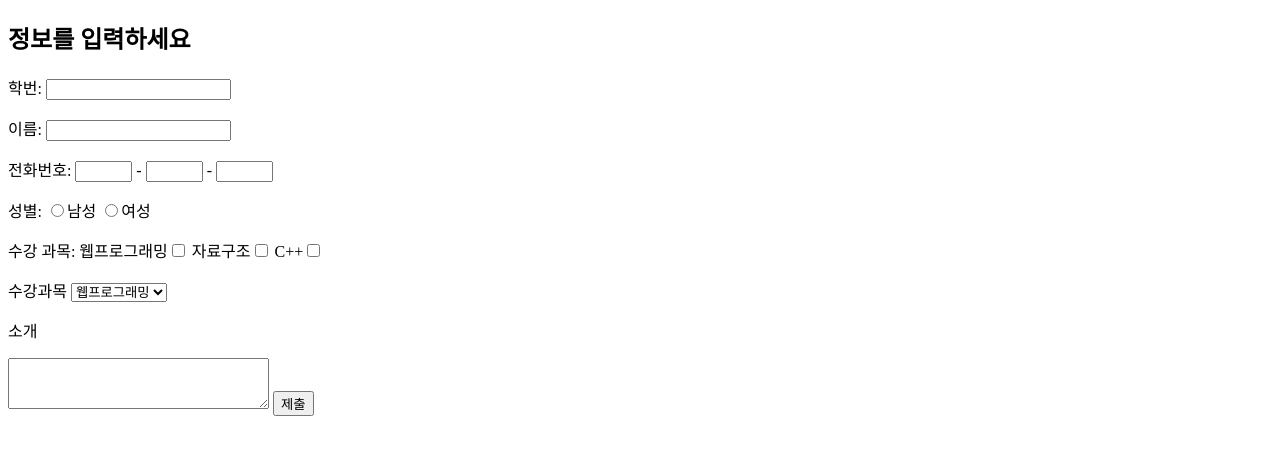
Repository: xxeionw/java_form
Page: http://localhost/formpro/form.jsp
These files come from the project's save history. The page is drawn as it stood at one moment and after the next save; the edit follows.
The browser window is 1280 px wide. The pictures show the whole page.
The page is served by Tomcat 9. Other server files are loaded and not shown.

Above is the page before, as saved 2025-05-26 08:07:38.

### formpro/src/main/webapp/form.jsp
<%@ page language="java" contentType="text/html; charset=EUC-KR"
    pageEncoding="EUC-KR"%>
<!DOCTYPE html>
<html>
<head>
<meta charset="EUC-KR">
<title>입력 폼</title>
</head>
<body>
	<h2> 정보를 입력하세요</h2>
    <form action="result.jsp" method="post">
        <p>학번: <input type="text" name="studentId"></p>
        <p>이름: <input type="text" name="name"></p>
        <p>전화번호: <input type="text" maxlength="4" size="4" name="phone1"> -
        <input type="text" maxlength="4" size="4" name="phone2"> -
        <input type="text" maxlength="4" size="4" name="phone3"></p>

        <p>성별: <input type ="radio" name ="sex" value= "남성">남성
        <input type = "radio" name ="sex" value="여성">여성

        <p>수강 과목: 웹프로그래밍<input type="checkbox" name="subject1">
        	자료구조<input type="checkbox" name="subject2">
        	C++<input type="checkbox" name="subject3">
        <p>수강과목
            <select name="subject">
                <option value="웹프로그래밍">웹프로그래밍</option>
                <option value="자료구조">자료구조</option>
                <option value="알고리즘">알고리즘</option>
            </select>
        </p>
        <p>소개</p>
        <textarea name = "comment" cols="30" rows="3"></textarea>
        <input type="submit" value="제출">
    </form>
</body>
</html>

After the next save:
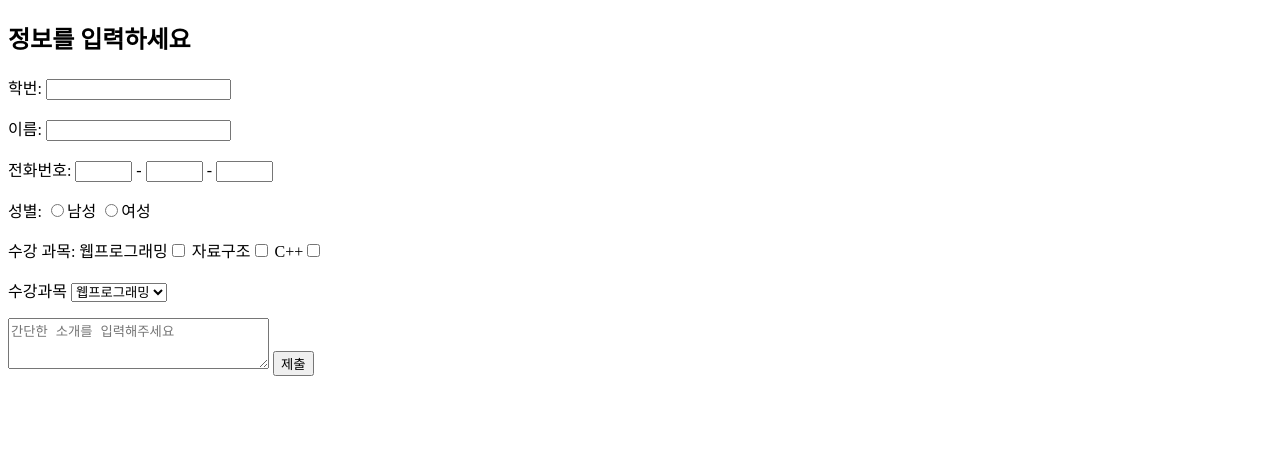
Saved 43 s later.
--- a/formpro/src/main/webapp/form.jsp
+++ b/formpro/src/main/webapp/form.jsp
@@ -28,8 +28,7 @@
                 <option value="알고리즘">알고리즘</option>
             </select>
         </p>
-        <p>소개</p>
-        <textarea name = "comment" cols="30" rows="3"></textarea>
+        <textarea name = "comment" cols="30" rows="3" placeholder="간단한 소개를 입력해주세요"></textarea>
         <input type="submit" value="제출">
     </form>
 </body>
